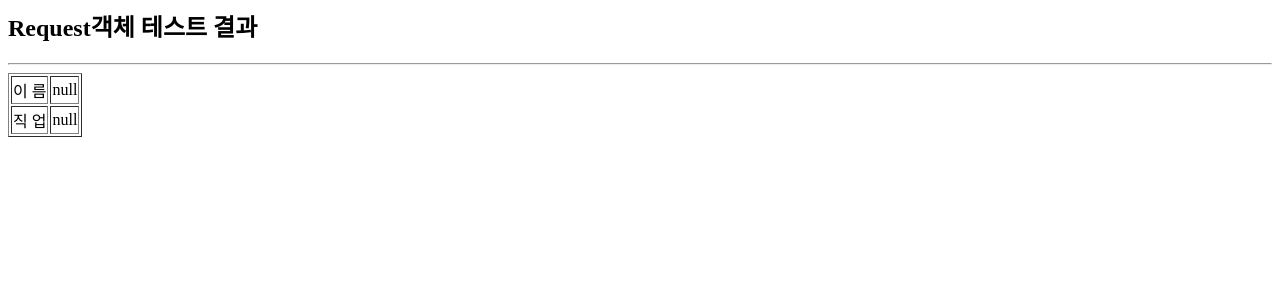
Repository: p2terkim/servletWork
Page: http://localhost/servletTest/requestTest01.do
These files come from the project's save history. The page is drawn as it stood at one moment and after the next save; the edit follows.
The browser window is 1280 px wide. The pictures show the whole page.
The page is served by Tomcat 9. Other server files are loaded and not shown.

Above is the page before, as saved 2021-05-14 06:41:29.

### servletTest/src/kr/or/ddit/basic/reqNresp/RequestTest01.java
package kr.or.ddit.basic.reqNresp;

import java.io.IOException;
import java.io.PrintWriter;

import javax.servlet.ServletException;
import javax.servlet.annotation.WebServlet;
import javax.servlet.http.HttpServlet;
import javax.servlet.http.HttpServletRequest;
import javax.servlet.http.HttpServletResponse;

@WebServlet("/requestTest01.do")
public class RequestTest01 extends HttpServlet {
   private static final long serialVersionUID = 1L;

   protected void doGet(HttpServletRequest request, HttpServletResponse response) throws ServletException, IOException {

	   //POST 방식으로 전달되는 문자 인코딩 방식 설정
	   request.setCharacterEncoding("utf-8");

      // 클라이언트가 요청할 때 보낸 데이터를 받아서 처리해 보자
      // 이 때 받아온 데이터는 기본적으로 문자열이다.

      /* 1. getParameter("파라미터명")
       * ==> form태그 안의 태그들의 속성 name = ' ' 이 파라미터명이다. 모든 태그가 아니라, 입력이 가능한 태그들, input, button 등이 적용
       * - 해당 '파라미터명'에 설정되어 온 '값'을 가져온다.
       * - 이 때 설정하는 '파라미터명'은 보통 form태그 안에 만들어진 태그의 name속성 값을 지정한다.
       * - 같은 '파라미터명'이 1개일 경우에 사용한다.
       */

      String userName = request.getParameter("username"); // jsp에 있는 파라미터명 대소문자를 다 맞춰야한다.
      String job = request.getParameter("job");


      //2. getParameterValues("파라미터") ==> '파라미터명'이 같은 것이 여러 개일 경우에 사용한다.



      response.setCharacterEncoding("UTF-8");
      response.setContentType("text/html; charset=UTF-8");

      PrintWriter out = response.getWriter();
      out.println("<html> <head> <meta charset = 'UTF-8'>");
      out.println("<title> Request객체 연습 </title> </head>");
      out.println("<body> <h2> Request객체 테스트 결과 </h2>");
      out.println("<hr>");
      out.println("<table border = '1'> ");
      out.println("<tr> <td> 이 름  </td>");
      out.println("<td> " + userName + "</td></tr>");

      out.println("<tr> <td> 직 업  </td>");
      out.println("<td> " + job + "</td></tr>");
      out.println("</table>");

      out.println("</body> </html>");


   }

   protected void doPost(HttpServletRequest request, HttpServletResponse response) throws ServletException, IOException {
      doGet(request, response);
   }

}

After the next save:
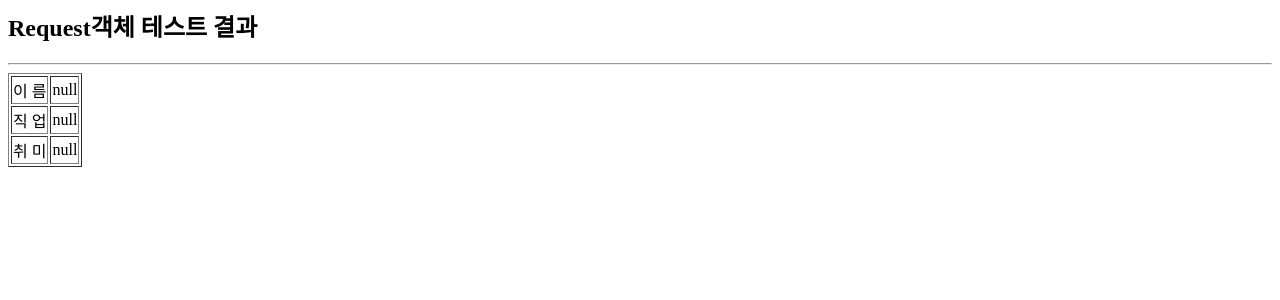
Saved 4 min 30 s later.
--- a/servletTest/src/kr/or/ddit/basic/reqNresp/RequestTest01.java
+++ b/servletTest/src/kr/or/ddit/basic/reqNresp/RequestTest01.java
@@ -33,6 +33,10 @@ public class RequestTest01 extends HttpServlet {
 
 
       //2. getParameterValues("파라미터") ==> '파라미터명'이 같은 것이 여러 개일 경우에 사용한다.
+      //		==> 가져오는 '값'의 자료형은 'String []' 이다.
+
+      //getParameterValue()메서드를 이용해서 name속성이 'hobby'인 체크박스 값들 읽어오기
+      String[] hobbies = request.getParameterValues("hobby");
 
 
 
@@ -50,6 +54,13 @@ public class RequestTest01 extends HttpServlet {
 
       out.println("<tr> <td> 직 업  </td>");
       out.println("<td> " + job + "</td></tr>");
+
+
+      out.println("<tr> <td> 취 미  </td>");
+      out.println("<td> " + job + "</td></tr>");
+
+      //반복문을 사용해서 배열 데이터를 처리한다.
+
       out.println("</table>");
 
       out.println("</body> </html>");
